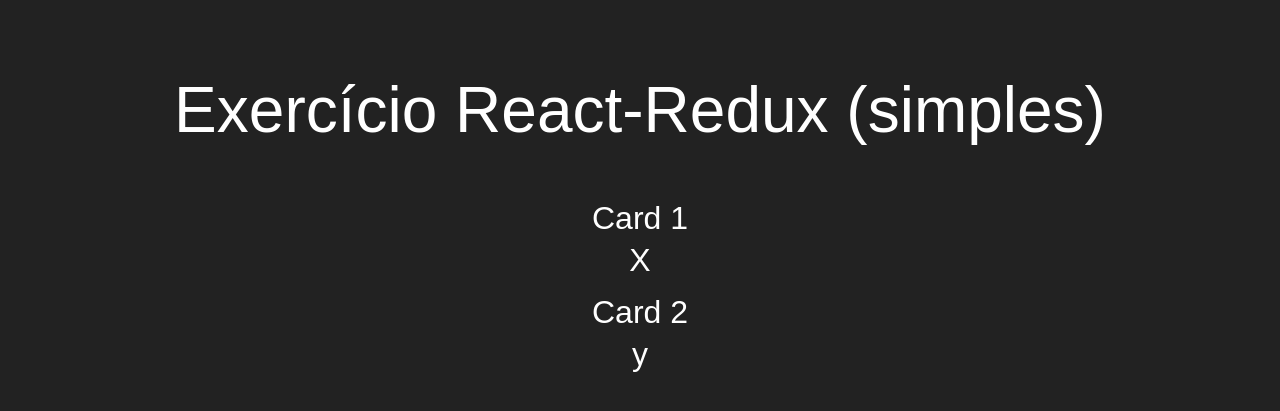
Repository: Henrique-Franca/Clear-Redux-Simples
Page: /
The author's editor kept a copy of each file at every save. The page is drawn from the files as they stood at one save, then again after the next save.
The browser window is 1280 px wide. The pictures show the whole page.
The project was rebuilt for these pictures with package versions that can differ from the ones it lists, and the page was loaded fresh each time.

Above is the page before, as saved 2022-11-21 11:48:25.

After the next save:
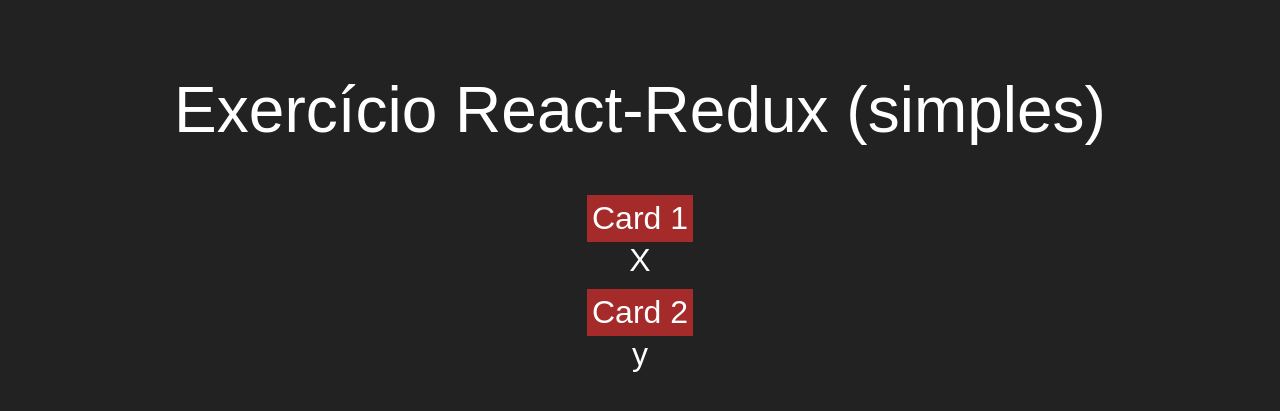
Saved 21 s later.
--- a/src/components/Card.css
+++ b/src/components/Card.css
@@ -13,4 +13,5 @@
 
 .Card .Header .Title{
     padding: 5px;
+    background-color: brown;
 }
